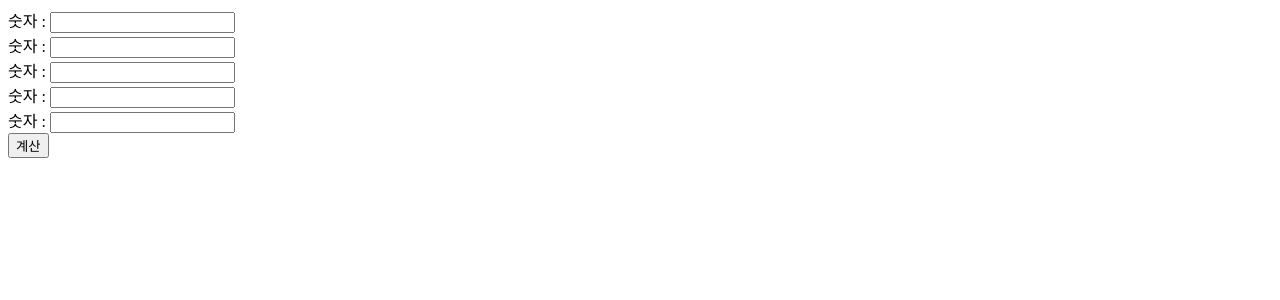
Repository: JooGit12/JavaJSP
Page: May08_3_MVCPattern/May18_2_JSP/src/main/webapp/i.html
An editor plug-in stored every save of this project. The page is shown before and after the next save, followed by the edit.
The browser window is 1280 px wide. The pictures show the whole page.

Above is the page before, as saved 2023-05-18 03:04:36.

### May08_3_MVCPattern/May18_2_JSP/src/main/webapp/i.html
<!DOCTYPE html>
<html>
<head>
<meta charset="EUC-KR">
<title>Insert title here</title>
</head>
<body>
	<form action="">
		숫자 : <input><br>
		숫자 : <input><br>
		숫자 : <input><br>
		숫자 : <input><br>
		숫자 : <input><br>
		<button>계산</button>
	</form>
</body>
</html>

After the next save:
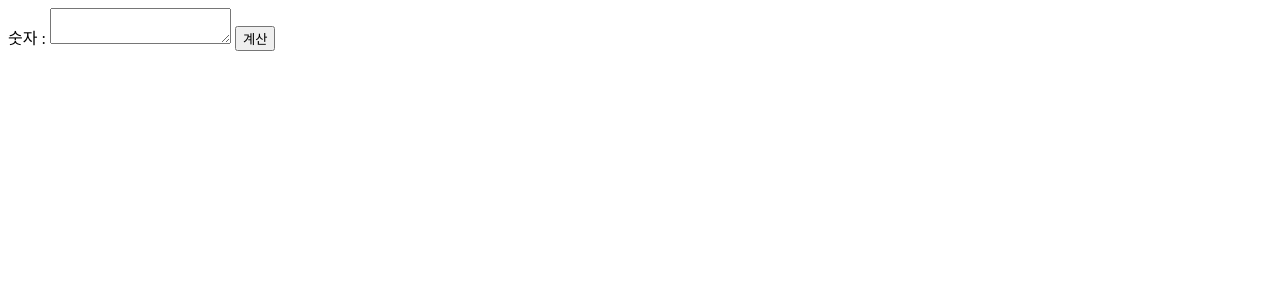
Saved 95 s later.
--- a/May08_3_MVCPattern/May18_2_JSP/src/main/webapp/i.html
+++ b/May08_3_MVCPattern/May18_2_JSP/src/main/webapp/i.html
@@ -6,11 +6,7 @@
 </head>
 <body>
 	<form action="">
-		숫자 : <input><br>
-		숫자 : <input><br>
-		숫자 : <input><br>
-		숫자 : <input><br>
-		숫자 : <input><br>
+		숫자 : <textarea rows="" cols=""></textarea>
 		<button>계산</button>
 	</form>
 </body>
